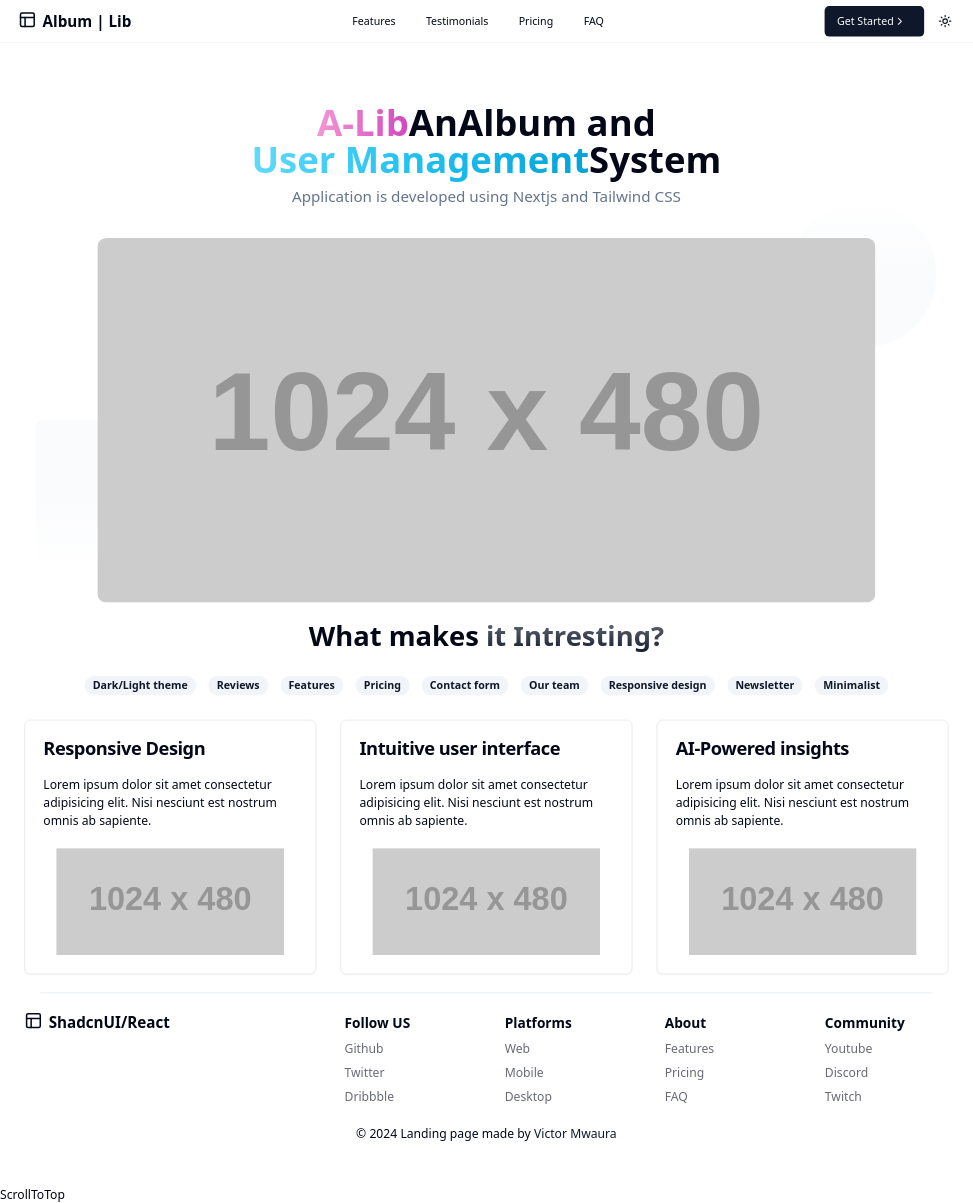
Repository: DevLaukey/savannah-informatics-test
Page: /
The author's editor kept a copy of each file at every save. The page is drawn from the files as they stood at one save, then again after the next save.
The browser window is 1280 px wide. The pictures show the whole page, at 76% of full size.
The project was rebuilt for these pictures with package versions that can differ from the ones it lists, and the page was loaded fresh each time. The framework's server and built-in components were replaced by stand-ins that run in the browser. Also part of the build but not shown: next.config.mjs.

Above is the page before, as saved 2024-06-04 22:32:06.

### app/layout.jsx
import "./globals.css";
import { Inter as FontSans } from "next/font/google";

import { cn } from "@/lib/utils";
import { ThemeProvider } from "@/lib/theme-provider";

const fontSans = FontSans({
  subsets: ["latin"],
  variable: "--font-sans",
});

export default function RootLayout({ children }) {
  return (
    <html lang="en" suppressHydrationWarning>
      <head />
      <body
        className={cn(
          "min-h-screen bg-background font-sans antialiased",
          fontSans.variable
        )}
      >
        <ThemeProvider
          attribute="class"
          defaultTheme="system"
          enableSystem
          disableTransitionOnChange
        >
          {children}
        </ThemeProvider>
      </body>
    </html>
  );
}

### app/page.jsx
import Footer from "@/components/Footer";
import About from "@/components/landing-page/About";
import Hero from "@/components/landing-page/Hero";
import Navbar from "@/components/Navbar";
import ScrollToTop from "@/components/ScrollToTop";


// this is the landing page
export default function Home() {
  return (
    <>
      <Navbar />
      <Hero />
      <About />
      <Footer />
      <ScrollToTop />
    </>
  );
}

### components/Footer.jsx
import { LogoIcon } from "./Icons";

export const Footer = () => {
  return (
    <footer id="footer">
      <hr className="w-11/12 mx-auto" />

      <section className="container py-6 grid grid-cols-2 md:grid-cols-4 xl:grid-cols-6 gap-x-12 gap-y-8">
        <div className="col-span-full xl:col-span-2">
          <a
            rel="noreferrer noopener"
            href="/"
            className="font-bold text-xl flex"
          >
            <LogoIcon />
            ShadcnUI/React
          </a>
        </div>

        <div className="flex flex-col gap-2">
          <h3 className="font-bold text-lg">Follow US</h3>
          <div>
            <a
              rel="noreferrer noopener"
              href="#"
              className="opacity-60 hover:opacity-100"
            >
              Github
            </a>
          </div>

          <div>
            <a
              rel="noreferrer noopener"
              href="#"
              className="opacity-60 hover:opacity-100"
            >
              Twitter
            </a>
          </div>

          <div>
            <a
              rel="noreferrer noopener"
              href="#"
              className="opacity-60 hover:opacity-100"
            >
              Dribbble
            </a>
          </div>
        </div>

        <div className="flex flex-col gap-2">
          <h3 className="font-bold text-lg">Platforms</h3>
          <div>
            <a
              rel="noreferrer noopener"
              href="#"
              className="opacity-60 hover:opacity-100"
            >
              Web
            </a>
          </div>

          <div>
            <a
              rel="noreferrer noopener"
              href="#"
              className="opacity-60 hover:opacity-100"
            >
              Mobile
            </a>
          </div>

          <div>
            <a
              rel="noreferrer noopener"
              href="#"
              className="opacity-60 hover:opacity-100"
            >
              Desktop
            </a>
          </div>
        </div>

        <div className="flex flex-col gap-2">
          <h3 className="font-bold text-lg">About</h3>
          <div>
            <a
              rel="noreferrer noopener"
              href="#"
              className="opacity-60 hover:opacity-100"
            >
              Features
            </a>
          </div>

          <div>
            <a
              rel="noreferrer noopener"
              href="#"
              className="opacity-60 hover:opacity-100"
            >
              Pricing
            </a>
          </div>

          <div>
            <a
              rel="noreferrer noopener"
              href="#"
              className="opacity-60 hover:opacity-100"
            >
              FAQ
            </a>
          </div>
        </div>

        <div className="flex flex-col gap-2">
          <h3 className="font-bold text-lg">Community</h3>
          <div>
            <a
              rel="noreferrer noopener"
              href="#"
              className="opacity-60 hover:opacity-100"
            >
              Youtube
            </a>
          </div>

          <div>
            <a
              rel="noreferrer noopener"
              href="#"
              className="opacity-60 hover:opacity-100"
            >
              Discord
            </a>
          </div>

          <div>
            <a
              rel="noreferrer noopener"
              href="#"
              className="opacity-60 hover:opacity-100"
            >
              Twitch
            </a>
          </div>
        </div>
      </section>

      <section className="container pb-14 text-center">
        <h3>
          &copy; {new Date().getFullYear()} Landing page made by{" "}
          <a
            rel="noreferrer noopener"
            target="_blank"
            href="https://github.com/DevLaukey"
            className="text-primary transition-all border-primary hover:border-b-2"
          >
            Victor Mwaura
          </a>
        </h3>
      </section>
    </footer>
  );
};

export default Footer;

### components/landing-page/About.jsx
import { Badge } from "@/components/ui/badge";
import {
  Card,
  CardContent,
  CardFooter,
  CardHeader,
  CardTitle,
} from "@/components/ui/card";

const features = [
  {
    title: "Responsive Design",
    description:
      "Lorem ipsum dolor sit amet consectetur adipisicing elit. Nisi nesciunt est nostrum omnis ab sapiente.",
    image: "https://placehold.co/1024x480",
  },
  {
    title: "Intuitive user interface",
    description:
      "Lorem ipsum dolor sit amet consectetur adipisicing elit. Nisi nesciunt est nostrum omnis ab sapiente.",
    image: "https://placehold.co/1024x480",
  },
  {
    title: "AI-Powered insights",
    description:
      "Lorem ipsum dolor sit amet consectetur adipisicing elit. Nisi nesciunt est nostrum omnis ab sapiente.",
    image: "https://placehold.co/1024x480",
  },
];

const featureList = [
  "Dark/Light theme",
  "Reviews",
  "Features",
  "Pricing",
  "Contact form",
  "Our team",
  "Responsive design",
  "Newsletter",
  "Minimalist",
];

export const About = () => {
  return (
    <section id="features" className="container py-4 sm:py-6 space-y-8">
      <h2 className="text-3xl lg:text-4xl font-bold md:text-center">

        What makes {""}
        <span className="bg-gradient-to-b from-primary/60 to-primary text-transparent bg-clip-text">
          it Intresting?
        </span>
      </h2>

      <div className="flex flex-wrap md:justify-center gap-4">
        {featureList.map((feature) => (
          <div key={feature}>
            <Badge variant="secondary" className="text-sm">
              {feature}
            </Badge>
          </div>
        ))}
      </div>

      <div className="grid md:grid-cols-2 lg:grid-cols-3 gap-8">
        {features.map(({ title, description, image }) => (
          <Card key={title}>
            <CardHeader>
              <CardTitle>{title}</CardTitle>
            </CardHeader>

            <CardContent>{description}</CardContent>

            <CardFooter>
              <img
                src={image}
                alt="About feature"
                className="w-[200px] lg:w-[300px] mx-auto"
              />
            </CardFooter>
          </Card>
        ))}
      </div>
    </section>
  );
};

export default About;

### components/landing-page/Hero.jsx
const Hero = () => {
  return (
    <>
      {/* Hero */}
      <div className="relative overflow-hidden pt-14 lg:pt-20">
        <div className="container">
          <div className="max-w-2xl text-center mx-auto">
            <main className="text-3xl md:text-5xl font-bold">
              <h1 className="inline-block">
                <span className="inline bg-gradient-to-r from-[#F596D3] to-[#D247BF] text-transparent bg-clip-text">
                  A-Lib
                </span>
                An
              </h1>
              Album and
              <h2 className="inline-block">
                <span className="inline bg-gradient-to-r from-[#61DAFB] via-[#1fc0f1] to-[#03a3d7] text-transparent bg-clip-text">
                  User Management
                </span>
                System
              </h2>
            </main>

            <p className="mt-3 text-xl text-muted-foreground">
              Application is developed using Nextjs and Tailwind CSS
            </p>
          </div>
          <div className="mt-10 relative max-w-5xl mx-auto">
            <img
              src="https://placehold.co/1024x480"
              className="rounded-xl"
              alt="Image Description"
            />
            <div className="absolute bottom-12 -start-20 -z-[1] w-48 h-48 bg-gradient-to-b from-primary-foreground via-primary-foreground to-background p-px rounded-lg">
              <div className="w-48 h-48 rounded-lg bg-background/10" />
            </div>
            <div className="absolute -top-12 -end-20 -z-[1] w-48 h-48 bg-gradient-to-t from-primary-foreground via-primary-foreground to-background p-px rounded-full">
              <div className="w-48 h-48 rounded-full bg-background/10" />
            </div>
          </div>
        </div>
      </div>
      {/* End Hero */}
    </>
  );
};

export default Hero;

### components/Navbar.jsx
"use client";
import React, { useState } from "react";
import {
  NavigationMenu,
  NavigationMenuItem,
  NavigationMenuList,
} from "@/components/ui/navigation-menu";
import {
  Sheet,
  SheetContent,
  SheetHeader,
  SheetTitle,
  SheetTrigger,
} from "@/components/ui/sheet";
import { Button, buttonVariants } from "./ui/button";
import { ChevronRight, Menu } from "lucide-react";
import ModeToggle from "./mode-toggle";
import { LogoIcon } from "./Icons";

const routeList = [
  {
    href: "#features",
    label: "Features",
  },
  {
    href: "#testimonials",
    label: "Testimonials",
  },
  {
    href: "#pricing",
    label: "Pricing",
  },
  {
    href: "#faq",
    label: "FAQ",
  },
];

const Navbar = () => {
  const [isOpen, setIsOpen] = useState(false);
  return (
    <header className="sticky border-b-[1px] top-0 z-40 w-full bg-white dark:border-b-slate-700 dark:bg-background">
      <NavigationMenu className="mx-auto">
        <NavigationMenuList className="container h-14 px-4 w-screen flex justify-between">
          <NavigationMenuItem className="font-bold flex">
            <a
              rel="noreferrer noopener"
              href="/"
              className="ml-2 font-bold text-xl flex"
            >
              <LogoIcon />
              Album | Lib
            </a>
          </NavigationMenuItem>

          {/* mobile */}
          <span className="flex md:hidden">
            <ModeToggle />

            <Sheet open={isOpen} onOpenChange={setIsOpen}>
              <SheetTrigger className="px-2">
                <Menu
                  className="flex md:hidden h-5 w-5"
                  onClick={() => setIsOpen(true)}
                >
                  <span className="sr-only">Menu Icon</span>
                </Menu>
              </SheetTrigger>

              <SheetContent side={"left"}>
                <SheetHeader>
                  <SheetTitle className="font-bold text-xl">
                    Shadcn/React
                  </SheetTitle>
                </SheetHeader>
                <nav className="flex flex-col justify-center items-center gap-2 mt-4">
                  {routeList.map(({ href, label }) => (
                    <a
                      rel="noreferrer noopener"
                      key={label}
                      href={href}
                      onClick={() => setIsOpen(false)}
                      className={buttonVariants({ variant: "ghost" })}
                    >
                      {label}
                    </a>
                  ))}
                  <Button>
                    Get Started
                    <ChevronRight className="mr-2 h-4 w-4" />
                  </Button>
                </nav>
              </SheetContent>
            </Sheet>
          </span>

          {/* desktop */}
          <nav className="hidden md:flex gap-2">
            {routeList.map((route, i) => (
              <a
                rel="noreferrer noopener"
                href={route.href}
                key={i}
                className={`text-[17px] ${buttonVariants({
                  variant: "ghost",
                })}`}
              >
                {route.label}
              </a>
            ))}
          </nav>

          <div className="hidden md:flex gap-2">
            <Button>
              Get Started
              <ChevronRight className="mr-2 h-4 w-4" />
            </Button>
            <ModeToggle />
          </div>
        </NavigationMenuList>
      </NavigationMenu>
    </header>
  );
};
export default Navbar;

### components/ScrollToTop.jsx
import React from 'react'

function ScrollToTop() {
  return (
    <div>ScrollToTop</div>
  )
}

export default ScrollToTop

### components/Icons.jsx
export const LogoIcon = () => {
  return (
    <svg
      xmlns="http://www.w3.org/2000/svg"
      viewBox="0 0 24 24"
      fill="none"
      stroke="currentColor"
      strokeWidth="2"
      strokeLinecap="round"
      strokeLinejoin="round"
      className="lucide lucide-panels-top-left mr-2 w-6 h-6"
    >
      <rect width="18" height="18" x="3" y="3" rx="2" />
      <path d="M3 9h18" />
      <path d="M9 21V9" />
    </svg>
  );
};

### components/ui/badge.jsx
import * as React from "react"
import { cva } from "class-variance-authority";

import { cn } from "@/lib/utils"

const badgeVariants = cva(
  "inline-flex items-center rounded-full border px-2.5 py-0.5 text-xs font-semibold transition-colors focus:outline-none focus:ring-2 focus:ring-ring focus:ring-offset-2",
  {
    variants: {
      variant: {
        default:
          "border-transparent bg-primary text-primary-foreground hover:bg-primary/80",
        secondary:
          "border-transparent bg-secondary text-secondary-foreground hover:bg-secondary/80",
        destructive:
          "border-transparent bg-destructive text-destructive-foreground hover:bg-destructive/80",
        outline: "text-foreground",
      },
    },
    defaultVariants: {
      variant: "default",
    },
  }
)

function Badge({
  className,
  variant,
  ...props
}) {
  return (<div className={cn(badgeVariants({ variant }), className)} {...props} />);
}

export { Badge, badgeVariants }

### components/ui/card.jsx
import * as React from "react"

import { cn } from "@/lib/utils"

const Card = React.forwardRef(({ className, ...props }, ref) => (
  <div
    ref={ref}
    className={cn("rounded-lg border bg-card text-card-foreground shadow-sm", className)}
    {...props} />
))
Card.displayName = "Card"

const CardHeader = React.forwardRef(({ className, ...props }, ref) => (
  <div
    ref={ref}
    className={cn("flex flex-col space-y-1.5 p-6", className)}
    {...props} />
))
CardHeader.displayName = "CardHeader"

const CardTitle = React.forwardRef(({ className, ...props }, ref) => (
  <h3
    ref={ref}
    className={cn("text-2xl font-semibold leading-none tracking-tight", className)}
    {...props} />
))
CardTitle.displayName = "CardTitle"

const CardDescription = React.forwardRef(({ className, ...props }, ref) => (
  <p
    ref={ref}
    className={cn("text-sm text-muted-foreground", className)}
    {...props} />
))
CardDescription.displayName = "CardDescription"

const CardContent = React.forwardRef(({ className, ...props }, ref) => (
  <div ref={ref} className={cn("p-6 pt-0", className)} {...props} />
))
CardContent.displayName = "CardContent"

const CardFooter = React.forwardRef(({ className, ...props }, ref) => (
  <div
    ref={ref}
    className={cn("flex items-center p-6 pt-0", className)}
    {...props} />
))
CardFooter.displayName = "CardFooter"

export { Card, CardHeader, CardFooter, CardTitle, CardDescription, CardContent }

### components/ui/sheet.jsx
"use client";
import * as React from "react"
import * as SheetPrimitive from "@radix-ui/react-dialog"
import { cva } from "class-variance-authority";
import { X } from "lucide-react"

import { cn } from "@/lib/utils"

const Sheet = SheetPrimitive.Root

const SheetTrigger = SheetPrimitive.Trigger

const SheetClose = SheetPrimitive.Close

const SheetPortal = SheetPrimitive.Portal

const SheetOverlay = React.forwardRef(({ className, ...props }, ref) => (
  <SheetPrimitive.Overlay
    className={cn(
      "fixed inset-0 z-50 bg-black/80  data-[state=open]:animate-in data-[state=closed]:animate-out data-[state=closed]:fade-out-0 data-[state=open]:fade-in-0",
      className
    )}
    {...props}
    ref={ref} />
))
SheetOverlay.displayName = SheetPrimitive.Overlay.displayName

const sheetVariants = cva(
  "fixed z-50 gap-4 bg-background p-6 shadow-lg transition ease-in-out data-[state=open]:animate-in data-[state=closed]:animate-out data-[state=closed]:duration-300 data-[state=open]:duration-500",
  {
    variants: {
      side: {
        top: "inset-x-0 top-0 border-b data-[state=closed]:slide-out-to-top data-[state=open]:slide-in-from-top",
        bottom:
          "inset-x-0 bottom-0 border-t data-[state=closed]:slide-out-to-bottom data-[state=open]:slide-in-from-bottom",
        left: "inset-y-0 left-0 h-full w-3/4 border-r data-[state=closed]:slide-out-to-left data-[state=open]:slide-in-from-left sm:max-w-sm",
        right:
          "inset-y-0 right-0 h-full w-3/4  border-l data-[state=closed]:slide-out-to-right data-[state=open]:slide-in-from-right sm:max-w-sm",
      },
    },
    defaultVariants: {
      side: "right",
    },
  }
)

const SheetContent = React.forwardRef(({ side = "right", className, children, ...props }, ref) => (
  <SheetPortal>
    <SheetOverlay />
    <SheetPrimitive.Content ref={ref} className={cn(sheetVariants({ side }), className)} {...props}>
      {children}
      <SheetPrimitive.Close
        className="absolute right-4 top-4 rounded-sm opacity-70 ring-offset-background transition-opacity hover:opacity-100 focus:outline-none focus:ring-2 focus:ring-ring focus:ring-offset-2 disabled:pointer-events-none data-[state=open]:bg-secondary">
        <X className="h-4 w-4" />
        <span className="sr-only">Close</span>
      </SheetPrimitive.Close>
    </SheetPrimitive.Content>
  </SheetPortal>
))
SheetContent.displayName = SheetPrimitive.Content.displayName

const SheetHeader = ({
  className,
  ...props
}) => (
  <div
    className={cn("flex flex-col space-y-2 text-center sm:text-left", className)}
    {...props} />
)
SheetHeader.displayName = "SheetHeader"

const SheetFooter = ({
  className,
  ...props
}) => (
  <div
    className={cn("flex flex-col-reverse sm:flex-row sm:justify-end sm:space-x-2", className)}
    {...props} />
)
SheetFooter.displayName = "SheetFooter"

const SheetTitle = React.forwardRef(({ className, ...props }, ref) => (
  <SheetPrimitive.Title
    ref={ref}
    className={cn("text-lg font-semibold text-foreground", className)}
    {...props} />
))
SheetTitle.displayName = SheetPrimitive.Title.displayName

const SheetDescription = React.forwardRef(({ className, ...props }, ref) => (
  <SheetPrimitive.Description
    ref={ref}
    className={cn("text-sm text-muted-foreground", className)}
    {...props} />
))
SheetDescription.displayName = SheetPrimitive.Description.displayName

export {
  Sheet,
  SheetPortal,
  SheetOverlay,
  SheetTrigger,
  SheetClose,
  SheetContent,
  SheetHeader,
  SheetFooter,
  SheetTitle,
  SheetDescription,
}

### components/ui/button.jsx
import * as React from "react"
import { Slot } from "@radix-ui/react-slot"
import { cva } from "class-variance-authority";

import { cn } from "@/lib/utils"

const buttonVariants = cva(
  "inline-flex items-center justify-center whitespace-nowrap rounded-md text-sm font-medium ring-offset-background transition-colors focus-visible:outline-none focus-visible:ring-2 focus-visible:ring-ring focus-visible:ring-offset-2 disabled:pointer-events-none disabled:opacity-50",
  {
    variants: {
      variant: {
        default: "bg-primary text-primary-foreground hover:bg-primary/90",
        destructive:
          "bg-destructive text-destructive-foreground hover:bg-destructive/90",
        outline:
          "border border-input bg-background hover:bg-accent hover:text-accent-foreground",
        secondary:
          "bg-secondary text-secondary-foreground hover:bg-secondary/80",
        ghost: "hover:bg-accent hover:text-accent-foreground",
        link: "text-primary underline-offset-4 hover:underline",
      },
      size: {
        default: "h-10 px-4 py-2",
        sm: "h-9 rounded-md px-3",
        lg: "h-11 rounded-md px-8",
        icon: "h-10 w-10",
      },
    },
    defaultVariants: {
      variant: "default",
      size: "default",
    },
  }
)

const Button = React.forwardRef(({ className, variant, size, asChild = false, ...props }, ref) => {
  const Comp = asChild ? Slot : "button"
  return (
    (<Comp
      className={cn(buttonVariants({ variant, size, className }))}
      ref={ref}
      {...props} />)
  );
})
Button.displayName = "Button"

export { Button, buttonVariants }

### components/mode-toggle.jsx
import React from "react";
import { Button } from "@/components/ui/button";
import {
  DropdownMenu,
  DropdownMenuContent,
  DropdownMenuItem,
  DropdownMenuTrigger,
} from "@/components/ui/dropdown-menu";
import { useTheme } from "@/lib/theme-provider";
import { Moon, Sun } from "lucide-react";

export default function ModeToggle() {
  const { setTheme } = useTheme();

  return (
    <DropdownMenu>
      <DropdownMenuTrigger asChild>
        <Button variant="ghost" size="icon" className="ghost">
          <Sun className="h-[1.1rem] w-[1.2rem] rotate-0 scale-100 transition-all dark:-rotate-90 dark:scale-0" />
          <Moon className="absolute h-[1.1rem] w-[1.2rem] rotate-90 scale-0 transition-all dark:rotate-0 dark:scale-100" />
          <span className="sr-only">Toggle theme</span>
        </Button>
      </DropdownMenuTrigger>
      <DropdownMenuContent align="end">
        <DropdownMenuItem onClick={() => setTheme("light")}>
          Light
        </DropdownMenuItem>
        <DropdownMenuItem onClick={() => setTheme("dark")}>
          Dark
        </DropdownMenuItem>
        <DropdownMenuItem onClick={() => setTheme("system")}>
          System
        </DropdownMenuItem>
      </DropdownMenuContent>
    </DropdownMenu>
  );
}

Loaded but not shown: app/globals.css (common file); lib/utils.js (common file); tailwind.config.js (82 lines, source omitted); lib/theme-provider.js (60 lines, source omitted); components/ui/dropdown-menu.jsx (157 lines, source omitted); components/ui/navigation-menu.jsx (104 lines, source omitted)

After the next save:
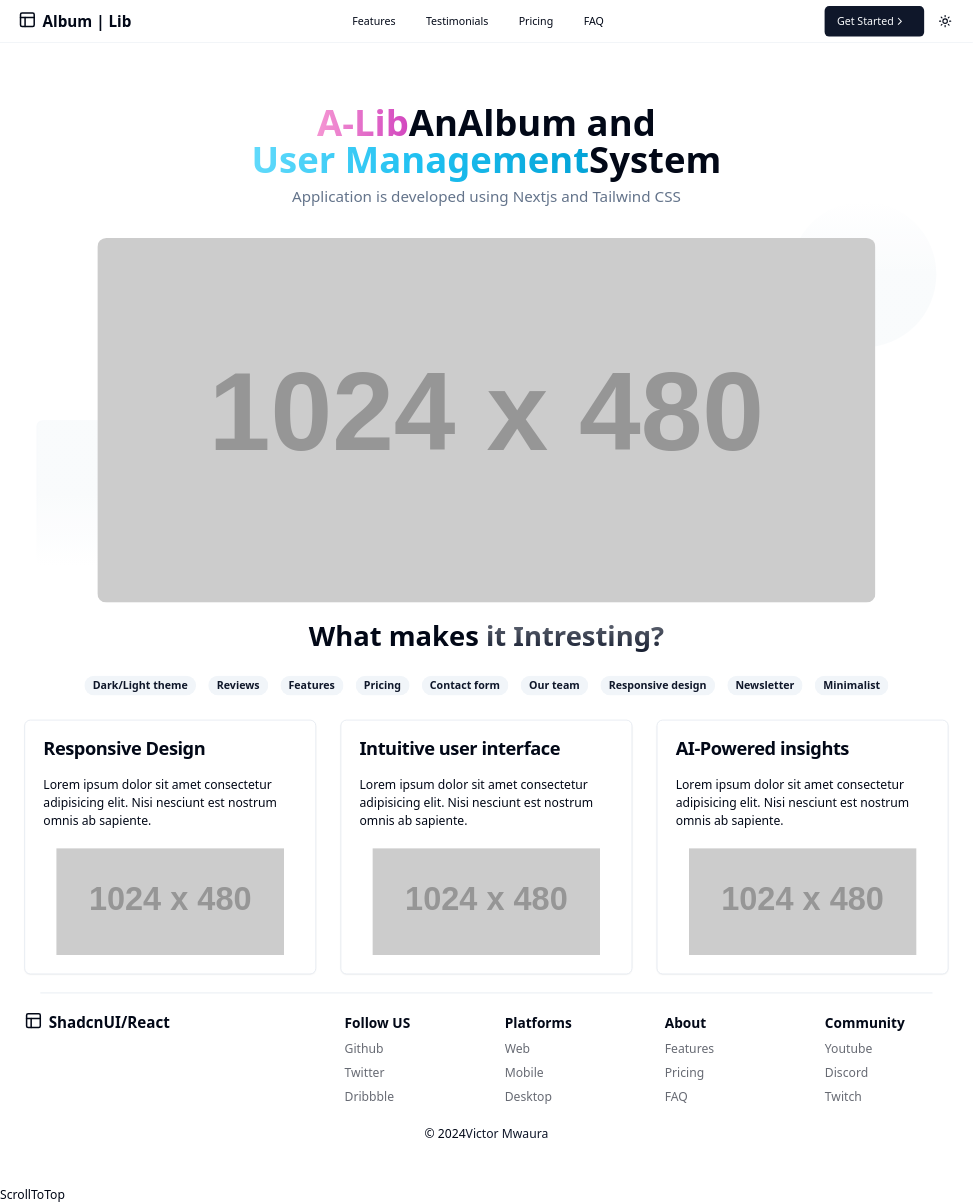
Saved 18 s later.
--- a/components/Footer.jsx
+++ b/components/Footer.jsx
@@ -152,7 +152,7 @@ export const Footer = () => {
 
       <section className="container pb-14 text-center">
         <h3>
-          &copy; {new Date().getFullYear()} Landing page made by{" "}
+          &copy; {new Date().getFullYear()}
           <a
             rel="noreferrer noopener"
             target="_blank"
